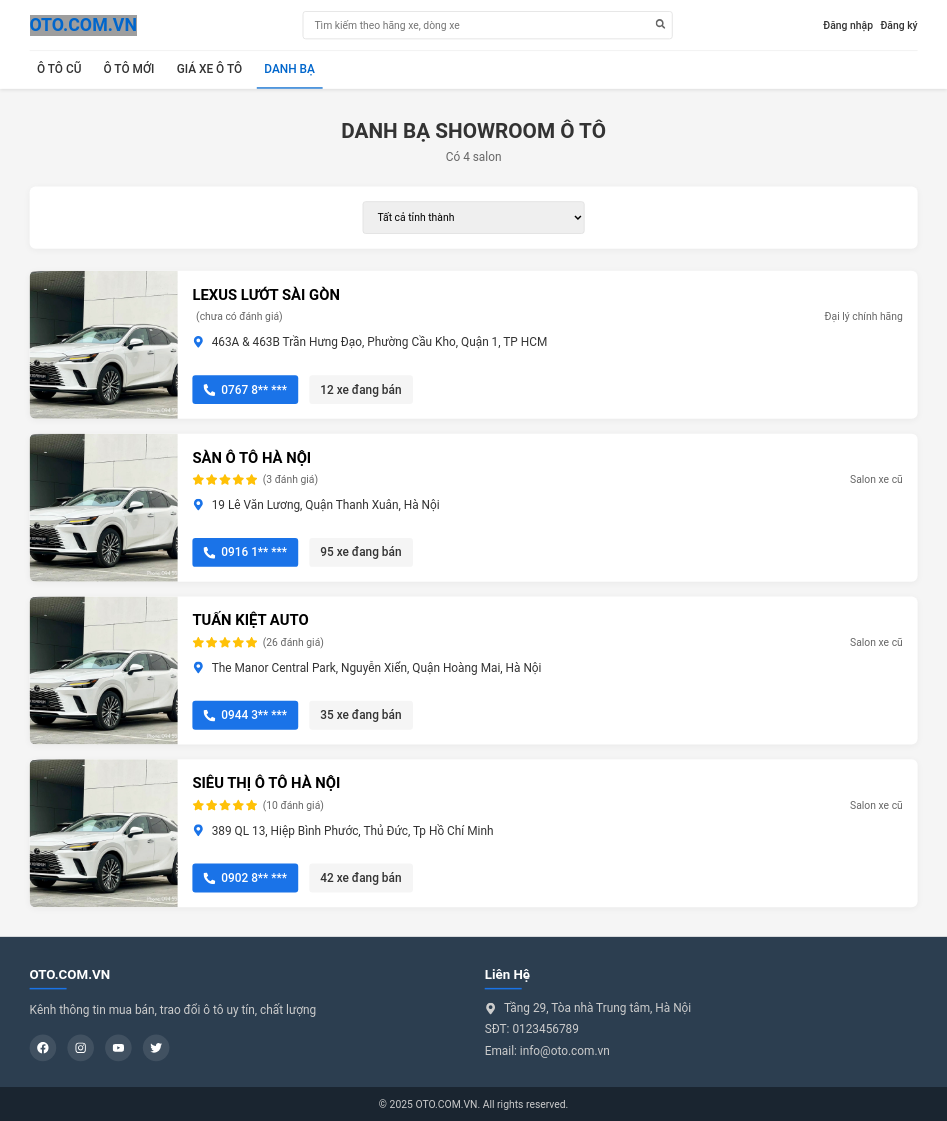
Repository: congglc/web_ban_oto
Page: /dealerships (app in web_cua_dat/)
These files come from the project's save history. The page is drawn as it stood at one moment and after the next save; the edit follows.
The browser window is 1280 px wide. The pictures show the whole page, at 74% of full size.
Pictures or frames that could not be fetched are drawn as grey boxes. The project was rebuilt for these pictures with package versions that can differ from the ones it lists, and the page was loaded fresh each time. Also part of the build but not shown: web_cua_dat/src/pages/user/homepages/style.scss, web_cua_dat/src/pages/user/homepages/index.js, web_cua_dat/src/pages/user/cars/style.scss, web_cua_dat/src/pages/user/cars/index.js, web_cua_dat/src/pages/user/car-detail/style.scss, web_cua_dat/src/pages/user/car-detail/index.js, web_cua_dat/src/pages/user/price-list/style.scss, web_cua_dat/src/pages/user/price-list/index.js and 16 more.

Above is the page before, as saved 2025-04-24 00:50:17.

### web_cua_dat/public/index.html
<!DOCTYPE html>
<html lang="en">
  <head>
    <meta charset="utf-8" />
    <link rel="icon" href="%PUBLIC_URL%/favicon.ico" />
    <meta name="viewport" content="width=device-width, initial-scale=1" />
    <meta name="theme-color" content="#000000" />
    <meta
      name="description"
      content="Web site created using create-react-app"
    />
    <link rel="apple-touch-icon" href="%PUBLIC_URL%/logo192.png" />
    <!--
      manifest.json provides metadata used when your web app is installed on a
      user's mobile device or desktop. See https://developers.google.com/web/fundamentals/web-app-manifest/
    -->
    <link rel="manifest" href="%PUBLIC_URL%/manifest.json" />
    <!--
      Notice the use of %PUBLIC_URL% in the tags above.
      It will be replaced with the URL of the `public` folder during the build.
      Only files inside the `public` folder can be referenced from the HTML.

      Unlike "/favicon.ico" or "favicon.ico", "%PUBLIC_URL%/favicon.ico" will
      work correctly both with client-side routing and a non-root public URL.
      Learn how to configure a non-root public URL by running `npm run build`.
    -->
    <title>Sân bóng LC</title>
  </head>
  <body>
    <noscript>You need to enable JavaScript to run this app.</noscript>
    <div id="root"></div>
    <!--
      This HTML file is a template.
      If you open it directly in the browser, you will see an empty page.

      You can add webfonts, meta tags, or analytics to this file.
      The build step will place the bundled scripts into the <body> tag.

      To begin the development, run `npm start` or `yarn start`.
      To create a production bundle, use `npm run build` or `yarn build`.
    -->
  </body>
</html>

### web_cua_dat/src/style/style.scss
@import "./pages/all";
@import "./pages/responsive";

### web_cua_dat/src/style/pages/_all.scss
@use "sass:map";
@import "./theme";
@import "./responsive";


html,
body {
    margin: 0;
}

*{
    font-family: Roboto;
    padding: 0;
    margin: 0;
    box-sizing: bor;
}

.container {
    max-width: 100%;
    width: 100%;
    padding-left: 15px;
    padding-right: 15px;
}

.row {
    display: flex;
    flex-wrap: wrap;
    align-items: center;
}

.col-6 {
    flex: 0 0 50%;
    max-width: 50%;
}

.col-lg-6 {
    flex: 0 0 50%;
    max-width: 50%;
}

### web_cua_dat/src/style/pages/_theme.scss
//comon theme style
$theme-colors : (
    "main": #FFFFFF,
    "bold-text": #252525,
    "text-hold": red,
    "$secondary-color" : #3498db
);

### web_cua_dat/src/style/pages/_responsive.scss
$DESKTOP: "DESKTOP";
$MEDIUM_DEVICE: "MEDIUM_DEVICE";
$TABLET_DEVICE: "TABLET_DEVICE";
$WIDE_MOBILE: "WIDE_MOBILE";
$SMALL_DEVICE: "SMALL_DEVICE";

@mixin Responsive($canva) {
    @if $canva == $DESKTOP {
        @media only screen and (min-width:1200px) {
            @content;
        }
    } @else if $canva == $MEDIUM_DEVICE {
        @media only screen and (min-width:992px) and (max-width:1199px) {
            @content;
        }
    } @else if $canva == $WIDE_MOBILE {
        @media only screen and  (max-width:767px) {
            @content;
        }
    } @else if $canva == $TABLET_DEVICE {
        @media only screen and (max-width:575px) {
            @content;
        }
    }
}

### web_cua_dat/src/pages/user/dealerships/style.scss
.dealerships-page {
  padding: 40px 0;
  background-color: #f5f5f5;

  .container {
    max-width: 1200px;
    margin: 0 auto;
    padding: 0 15px;
  }

  .page-header {
    margin-bottom: 30px;
    text-align: center;

    h1 {
      font-size: 28px;
      margin-bottom: 10px;
      color: #333;
    }

    p {
      color: #666;
    }
  }

  .search-section {
    background-color: white;
    border-radius: 8px;
    padding: 20px;
    box-shadow: 0 2px 10px rgba(0, 0, 0, 0.05);
    margin-bottom: 30px;

    .filter-selects {
      display: flex;
      justify-content: center;

      .filter-select {
        width: 300px;
        padding: 12px 15px;
        border: 1px solid #ddd;
        border-radius: 4px;
        font-size: 14px;

        &:focus {
          outline: none;
          border-color: #1a73e8;
        }
      }
    }
  }

  .loading-container {
    display: flex;
    flex-direction: column;
    align-items: center;
    justify-content: center;
    padding: 50px 0;
    background-color: white;
    border-radius: 8px;
    box-shadow: 0 2px 10px rgba(0, 0, 0, 0.05);

    .loading-spinner {
      width: 40px;
      height: 40px;
      border: 4px solid #f3f3f3;
      border-top: 4px solid #1a73e8;
      border-radius: 50%;
      animation: spin 1s linear infinite;
      margin-bottom: 15px;
    }

    @keyframes spin {
      0% { transform: rotate(0deg); }
      100% { transform: rotate(360deg); }
    }

    p {
      color: #666;
    }
  }

  .no-results {
    text-align: center;
    padding: 50px 0;
    background-color: white;
    border-radius: 8px;
    box-shadow: 0 2px 10px rgba(0, 0, 0, 0.05);

    p {
      color: #666;
    }
  }

  .dealerships-grid {
    display: flex;
    flex-direction: column;
    gap: 20px;

    .dealership-card {
      display: flex;
      background-color: white;
      border-radius: 8px;
      overflow: hidden;
      box-shadow: 0 2px 10px rgba(0, 0, 0, 0.05);

      .dealership-image {
        width: 200px;
        height: 200px;
        flex-shrink: 0;

        img {
          width: 100%;
          height: 100%;
          object-fit: cover;
        }
      }

      .dealership-info {
        flex: 1;
        padding: 20px;
        display: flex;
        flex-direction: column;

        .dealership-name {
          font-size: 20px;
          margin: 0 0 10px 0;
        }

        .dealership-rating {
          display: flex;
          justify-content: space-between;
          margin-bottom: 15px;

          .rating-stars {
            display: flex;
            align-items: center;

            .star {
              color: #ddd;
              margin-right: 2px;

              &.filled {
                color: #ffc107;
              }

              &.half-filled {
                color: #ffc107;
              }

              &.empty {
                color: #ddd;
              }
            }

            .reviews-count, .no-reviews {
              margin-left: 5px;
              font-size: 14px;
              color: #666;
            }
          }

          .dealership-type {
            font-size: 14px;
            color: #666;
          }
        }

        .dealership-address {
          display: flex;
          margin-bottom: 20px;

          .address-icon {
            color: #1a73e8;
            margin-right: 10px;
            margin-top: 3px;
            flex-shrink: 0;
          }

          p {
            margin: 0;
            color: #333;
            line-height: 1.5;
          }
        }

        .dealership-actions {
          display: flex;
          gap: 15px;
          margin-top: auto;

          .phone-button, .cars-button {
            display: flex;
            align-items: center;
            justify-content: center;
            padding: 10px 15px;
            border-radius: 4px;
            font-weight: 500;
            text-decoration: none;
            transition: all 0.3s;
          }

          .phone-button {
            background-color: #1a73e8;
            color: white;

            .phone-icon {
              margin-right: 8px;
            }

            &:hover {
              background-color: #0d62d1;
            }
          }

          .cars-button {
            background-color: #f5f5f5;
            color: #333;

            &:hover {
              background-color: #e0e0e0;
            }
          }
        }
      }
    }
  }

  @media (max-width: 768px) {
    .dealership-card {
      flex-direction: column !important;

      .dealership-image {
        width: 100% !important;
        height: 200px !important;
      }

      .dealership-actions {
        flex-direction: column;
      }
    }
  }
}

### web_cua_dat/src/pages/user/theme/header/index.js
"use client"

import { memo, useState, useEffect, useRef } from "react"
import "./style.scss"
import { ROUTERS } from "utils/router"
import { Link, useLocation, useNavigate } from "react-router-dom"
import { FaSearch, FaUser } from "react-icons/fa"

const Header = () => {
  const location = useLocation()
  const navigate = useNavigate()
  const [menu] = useState([
    { name: "Ô TÔ CŨ", path: `${ROUTERS.USER.CARS}?type=used` },
    { name: "Ô TÔ MỚI", path: `${ROUTERS.USER.CARS}?type=new` },
    { name: "GIÁ XE Ô TÔ", path: ROUTERS.USER.PRICE_LIST },
    { name: "DANH BẠ", path: ROUTERS.USER.DEALERSHIPS },
  ])
  const [isOpen, setIsOpen] = useState(false)
  const [userInfo, setUserInfo] = useState(null)
  const [showDropdown, setShowDropdown] = useState(false)
  const [searchTerm, setSearchTerm] = useState("")
  const headerRef = useRef(null)
  const dropdownRef = useRef(null)

  // Kiểm tra trạng thái đăng nhập khi component được mount
  useEffect(() => {
    const storedUserInfo = localStorage.getItem("userInfo")
    if (storedUserInfo) {
      setUserInfo(JSON.parse(storedUserInfo))
    }
  }, [])

  const toggleMenu = () => {
    setIsOpen(!isOpen)
  }

  const toggleDropdown = () => {
    setShowDropdown(!showDropdown)
  }

  const handleLogout = () => {
    // Xóa thông tin người dùng khỏi localStorage
    localStorage.removeItem("userInfo")
    setUserInfo(null)
    setShowDropdown(false)

    // Chuyển hướng về trang chủ
    navigate(ROUTERS.USER.HOME)
  }

  const handleSearch = (e) => {
    e.preventDefault()
    if (searchTerm.trim()) {
      navigate(`${ROUTERS.USER.CARS}?search=${encodeURIComponent(searchTerm)}`)
      setSearchTerm("")
    }
  }

  // Xử lý click bên ngoài để đóng dropdown
  useEffect(() => {
    const handleClickOutside = (event) => {
      if (headerRef.current && !headerRef.current.contains(event.target) && isOpen) {
        setIsOpen(false)
      }

      if (dropdownRef.current && !dropdownRef.current.contains(event.target) && showDropdown) {
        setShowDropdown(false)
      }
    }

    document.addEventListener("mousedown", handleClickOutside)
    return () => {
      document.removeEventListener("mousedown", handleClickOutside)
    }
  }, [isOpen, showDropdown])

  return (
    <>
      <button className="menu-toggle" onClick={toggleMenu} aria-label="Mở menu">
        ☰
      </button>
      <header className={`header ${isOpen ? "open" : ""}`} ref={headerRef}>
        <div className="container">
          <div className="header-top">
            <Link to={ROUTERS.USER.HOME} className="header-logo">
              OTO.COM.VN
            </Link>

            <div className="header-search">
              <form onSubmit={handleSearch}>
                <input
                  type="text"
                  placeholder="Tìm kiếm theo hãng xe, dòng xe"
                  value={searchTerm}
                  onChange={(e) => setSearchTerm(e.target.value)}
                />
                <button type="submit">
                  <FaSearch />
                </button>
              </form>
            </div>

            <div className="header-actions">
              {userInfo ? (
                <div className="user-profile" ref={dropdownRef}>
                  <div className="avatar" onClick={toggleDropdown}>
                    <FaUser className="avatar-icon" />
                  </div>
                  {showDropdown && (
                    <div className="dropdown-menu">
                      <button className="dropdown-item logout-button" onClick={handleLogout}>
                        Đăng xuất
                      </button>
                    </div>
                  )}
                </div>
              ) : (
                <div className="auth-links">
                  <Link to={ROUTERS.USER.SIGNIN} className="signin-link">
                    Đăng nhập
                  </Link>
                  <Link to={ROUTERS.USER.SIGNUP} className="signup-link">
                    Đăng ký
                  </Link>
                </div>
              )}
            </div>
          </div>

          <nav className="header-nav">
            <ul>
              {menu?.map((menuItem, menuKey) => {
                return (
                  <li key={menuKey} className={location.pathname === menuItem.path ? "active" : ""}>
                    <Link to={menuItem?.path}>{menuItem?.name}</Link>
                  </li>
                )
              })}
            </ul>
          </nav>
        </div>
      </header>
    </>
  )
}
export default memo(Header)

### web_cua_dat/src/pages/user/theme/footer/style.scss
.footer {
  background-color: #2c3e50;
  color: white;
  padding: 40px 0 0;

  .container {
    max-width: 1200px;
    margin: 0 auto;
    padding: 0 15px;
  }

  .footer-content {
    display: flex;
    flex-wrap: wrap;
    justify-content: space-between;
    gap: 30px;
    margin-bottom: 30px;
  }

  .footer-column {
    flex: 1;
    min-width: 250px;
  }

  .footer-title {
    font-size: 18px;
    margin-bottom: 15px;
    position: relative;
    padding-bottom: 10px;

    &:after {
      content: '';
      position: absolute;
      bottom: 0;
      left: 0;
      width: 50px;
      height: 2px;
      background-color: #1a73e8;
    }
  }

  .footer-description {
    color: #ccc;
    margin-bottom: 20px;
    line-height: 1.6;
  }

  .footer-social {
    display: flex;
    gap: 15px;

    a {
      display: flex;
      align-items: center;
      justify-content: center;
      width: 36px;
      height: 36px;
      background-color: rgba(255, 255, 255, 0.1);
      border-radius: 50%;
      color: white;
      transition: background-color 0.2s;

      &:hover {
        background-color: #1a73e8;
      }
    }
  }

  .footer-info {
    list-style: none;
    padding: 0;

    li {
      margin-bottom: 10px;
      color: #ccc;
      display: flex;
      align-items: flex-start;

      .icon {
        margin-right: 10px;
        margin-top: 3px;
      }
    }
  }

  .footer-bottom {
    background-color: #1a2530;
    padding: 15px 0;
    text-align: center;

    p {
      margin: 0;
      color: #ccc;
      font-size: 14px;
    }
  }

  @media (max-width: 768px) {
    .footer-content {
      flex-direction: column;
    }
  }
}

Loaded but not shown: web_cua_dat/src/pages/user/dealerships/index.js (196 lines, source omitted); web_cua_dat/src/router.js (99 lines, source omitted); web_cua_dat/src/pages/user/theme/footer/index.js (51 lines, source omitted); web_cua_dat/src/utils/router.js (24 lines, source omitted); web_cua_dat/src/index.js (11 lines, source omitted); web_cua_dat/src/pages/user/theme/masterLayout/index.js (15 lines, source omitted); web_cua_dat/src/pages/user/theme/header/style.scss (285 lines, source omitted)

After the next save:
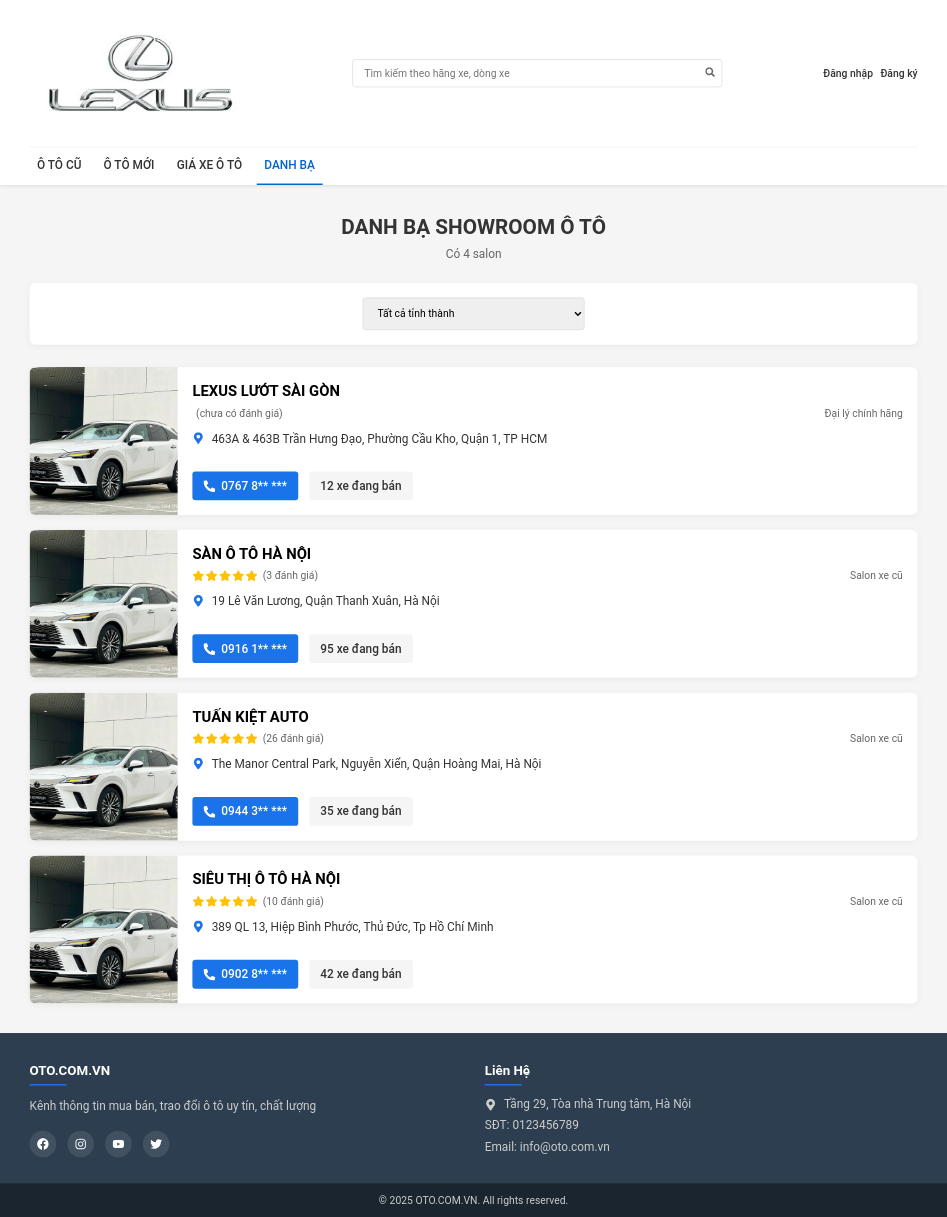
Saved 4 min 8 s later.
--- a/web_cua_dat/src/pages/user/theme/header/index.js
+++ b/web_cua_dat/src/pages/user/theme/header/index.js
@@ -1,10 +1,11 @@
 "use client"
 
-import { memo, useState, useEffect, useRef } from "react"
+import { memo, useEffect, useRef, useState } from "react"
+import { FaSearch, FaUser } from "react-icons/fa"
+import { Link, useLocation, useNavigate } from "react-router-dom"
+import { ROUTERS } from "utils/router"
+import lg from "..//..//..//../assets/user/img/lg.jpg"
 import "./style.scss"
-import { ROUTERS } from "utils/router"
-import { Link, useLocation, useNavigate } from "react-router-dom"
-import { FaSearch, FaUser } from "react-icons/fa"
 
 const Header = () => {
   const location = useLocation()
@@ -82,9 +83,7 @@
       <header className={`header ${isOpen ? "open" : ""}`} ref={headerRef}>
         <div className="container">
           <div className="header-top">
-            <Link to={ROUTERS.USER.HOME} className="header-logo">
-              OTO.COM.VN
-            </Link>
+            <img src={lg}/>
 
             <div className="header-search">
               <form onSubmit={handleSearch}>

After the save that followed:
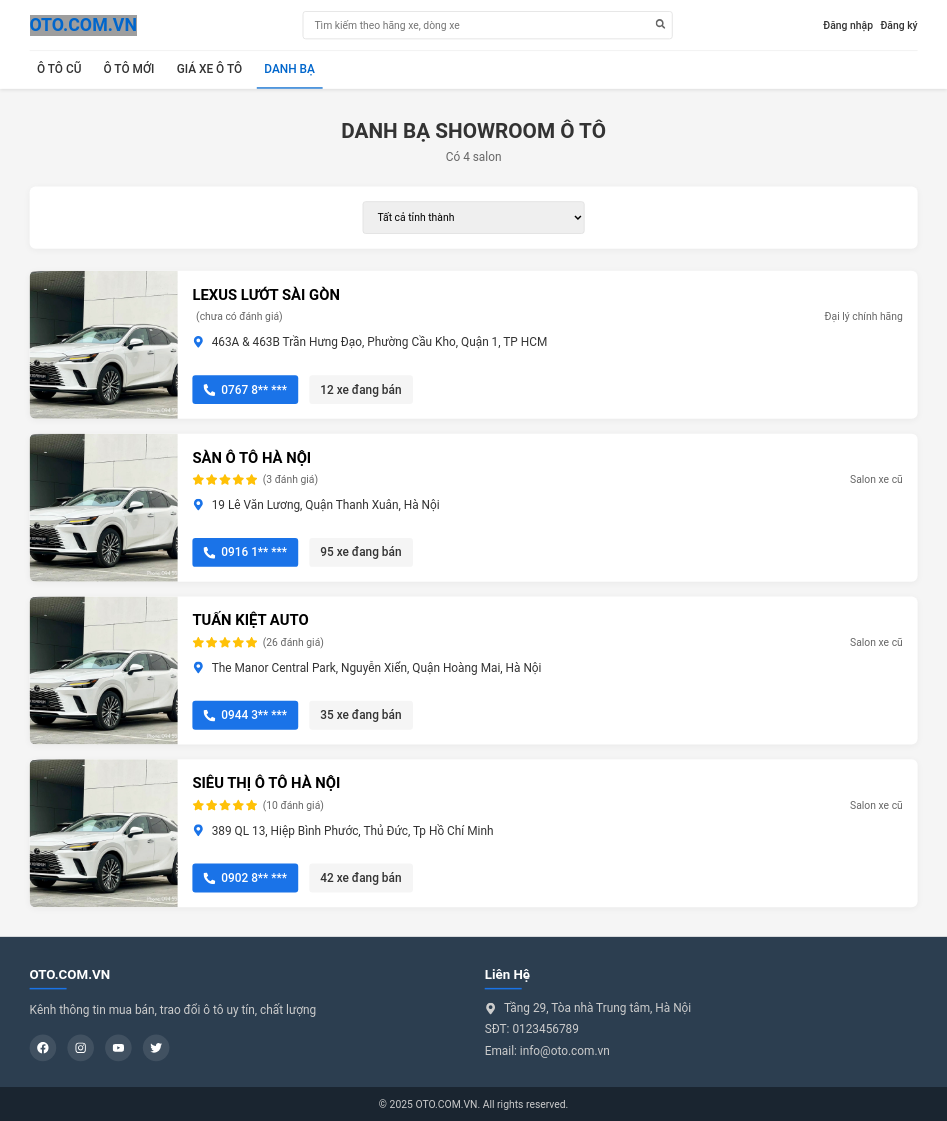
Saved 103 s later.
--- a/web_cua_dat/src/pages/user/theme/header/index.js
+++ b/web_cua_dat/src/pages/user/theme/header/index.js
@@ -4,7 +4,6 @@
 import { FaSearch, FaUser } from "react-icons/fa"
 import { Link, useLocation, useNavigate } from "react-router-dom"
 import { ROUTERS } from "utils/router"
-import lg from "..//..//..//../assets/user/img/lg.jpg"
 import "./style.scss"
 
 const Header = () => {
@@ -83,7 +82,9 @@
       <header className={`header ${isOpen ? "open" : ""}`} ref={headerRef}>
         <div className="container">
           <div className="header-top">
-            <img src={lg}/>
+            <Link to={ROUTERS.USER.HOME} className="header-logo">
+              OTO.COM.VN
+            </Link>
 
             <div className="header-search">
               <form onSubmit={handleSearch}>
